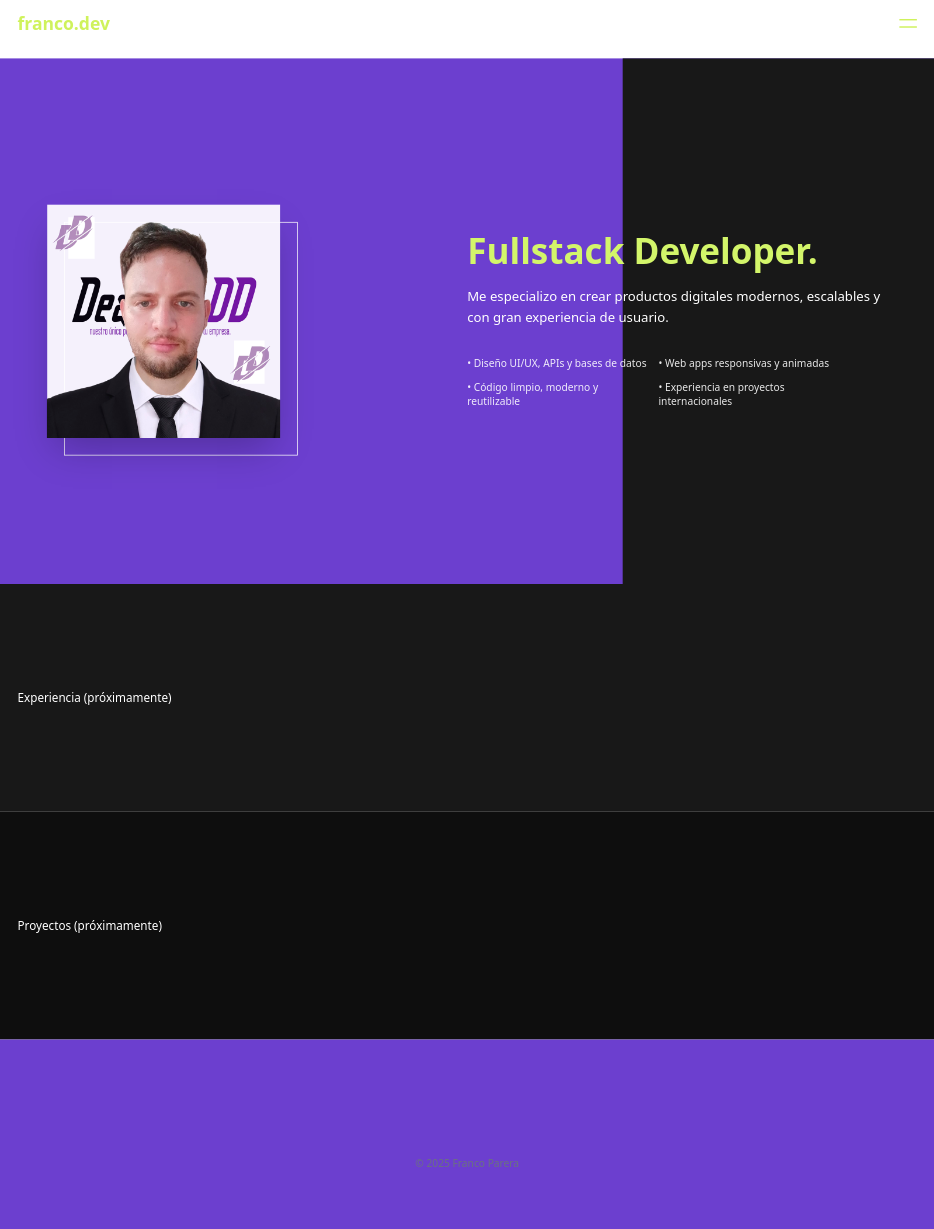
Repository: francoluca35/portfolio-franco-dev
Page: /
The author's editor kept a copy of each file at every save. The page is drawn from the files as they stood at one save, then again after the next save.
The browser window is 1280 px wide. The pictures show the whole page, at 73% of full size.
The project was rebuilt for these pictures with package versions that can differ from the ones it lists, and the page was loaded fresh each time. The framework's server and built-in components were replaced by stand-ins that run in the browser. Also part of the build but not shown: next.config.js.

Above is the page before, as saved 2025-05-06 01:33:07.

After the next save:
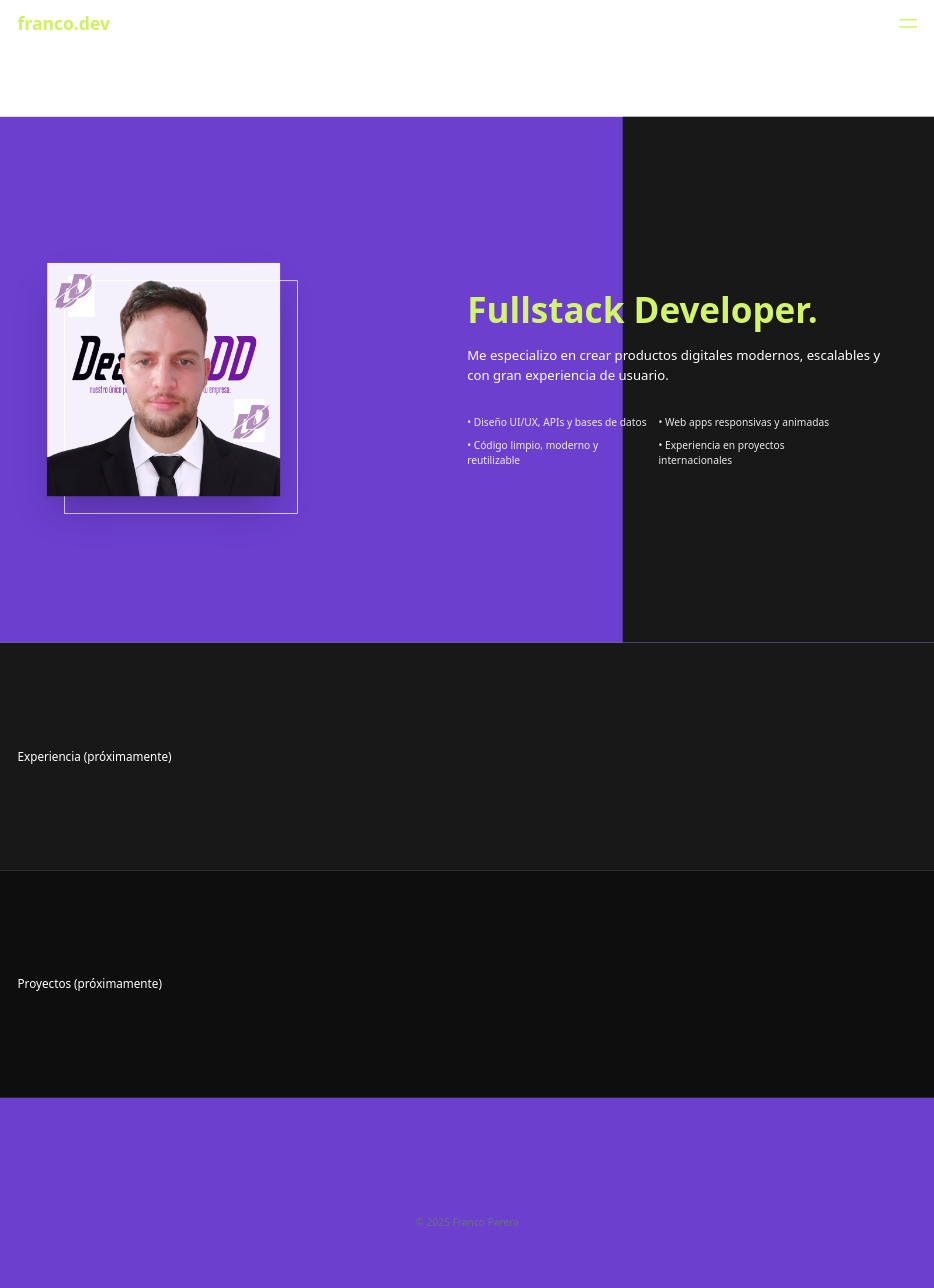
Saved 23 s later.
--- a/components/Hero.jsx
+++ b/components/Hero.jsx
@@ -4,7 +4,7 @@ import Image from "next/image";
 
 export default function Hero() {
   return (
-    <section className="relative w-full min-h-screen bg-[#6C3FCF] text-white flex items-center justify-center sm:px-12 py-20">
+    <section className="mt-20 relative w-full min-h-screen bg-[#6C3FCF] text-white flex items-center justify-center sm:px-12 py-20">
       {/* Fondo negro a la derecha solo en desktop */}
       <div className="hidden md:block absolute top-0 right-0 w-1/3 h-full bg-[#181818] z-0" />
 
